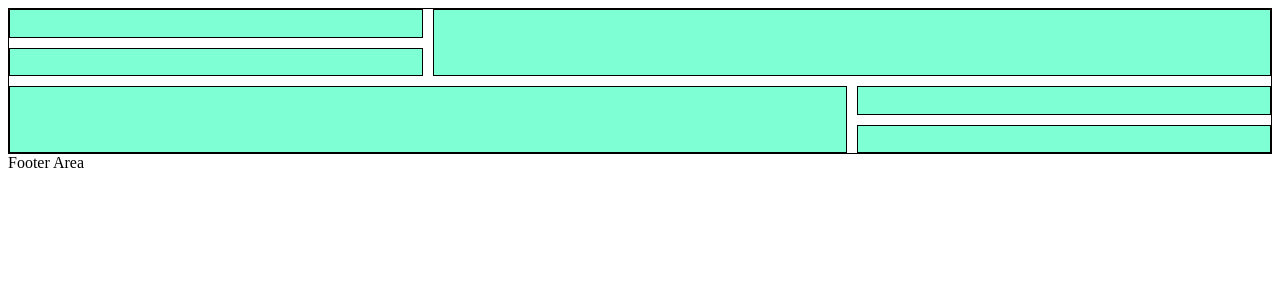
Repository: BwesewB/Brutalist-Website
Page: /
An editor plug-in stored every save of this project. The page is shown before and after the next save, followed by the edit.
The browser window is 1280 px wide. The pictures show the whole page.
The project was rebuilt for these pictures with package versions that can differ from the ones it lists, and the page was loaded fresh each time. The framework's server and built-in components were replaced by stand-ins that run in the browser. Also part of the build but not shown: next.config.mjs.

Above is the page before, as saved 2024-02-03 16:59:14.

### pages/index.js
import Head from "next/head";
import Image from "next/image";
import styles from "@/styles/Home.module.css";
import { useState } from "react";



export default function Home() {

  const[input,setInput] = useState();


  const classFilters = {
    1: 'Magician',
    2: 'Theif',
    4: 'Warrior',
    8: 'Bowman',
    16: 'Pirate',
    32: 'Nothing'
  }

const getClassStyle = flagValue => (input & flagValue) > 0 ? { backgroundColor: 'yellow'} : null;

  return (
    <>
      <Head>
        <title>Create Next App</title>
        <meta name="description" content="Generated by create next app" />
        <meta name="viewport" content="width=device-width, initial-scale=1" />
        <link rel="icon" href="/favicon.ico" />
      </Head>
      <main className={`${styles.main}`}>
      <div className={styles.titlePage}>
        <div className={styles.graphic}></div>
        <div className={styles.inputArea}></div>
      </div>
      <div className={styles.displayArea}>
        <div className={styles.posterOne}></div>
        <div className={styles.posterTwo}></div>
        <div className={styles.posterThree}></div>
        <div className={styles.posterFour}></div>
        <div className={styles.posterFive}></div>
        <div className={styles.posterSix}></div>
      </div>
      </main>
      <footer>
        Footer Area
      </footer>
    </>
  );
}

{/* <div class="inputArea">
<input
id="input"
type="text"
placeholder="bitmask decimal value"
value={input}
onChange={event => setInput(event.target.value)}
/>
</div>
<div class="posterArea" >                                                             need to change to posters
<table>
  <tbody>
    {
      Object.keys(classFilters).map(item => (
        <tr key={item} style={getClassStyle(item)}>
          <td>{item}</td>
          <td>{classFilters[item]}</td>
        </tr>
      ))
    }
  </tbody>
</table>
</div> */}

### styles/globals.css
:root{

}

### styles/Home.module.css
.main {
}

/* <div class="titlePage">
<div class="graphic"></div>
<div class="inputArea"></div>
</div>
<div class="displayArea">
<div class="posterOne"></div>
<div class="posterTwo"></div>
<div class="posterThree"></div>
<div class="posterFour"></div>
<div class="posterFive"></div>
<div class="posterSix"></div>
</div> */

.titlePage{

}
.graphic{

}
.inputArea{

}

.displayArea {
  display: grid;
  grid-template-columns: repeat(3, 1fr);
  grid-template-rows: repeat(4, 1fr);
  gap: 10px;
  border: 1px solid black;
  height:20vh;
}

.posterOne,
.posterTwo,
.posterThree,
.posterFour,
.posterFive,
.posterSix {
  background-color: aquamarine;
  border: 1px solid black;
}

.posterTwo{
  grid-column: 2/4;
  grid-row: 1/3;
}

.posterFour{
  grid-column: 1/3;
  grid-row: 3/5;
}

Loaded but not shown: pages/_app.js (common file); pages/_document.js (common file)

After the next save:
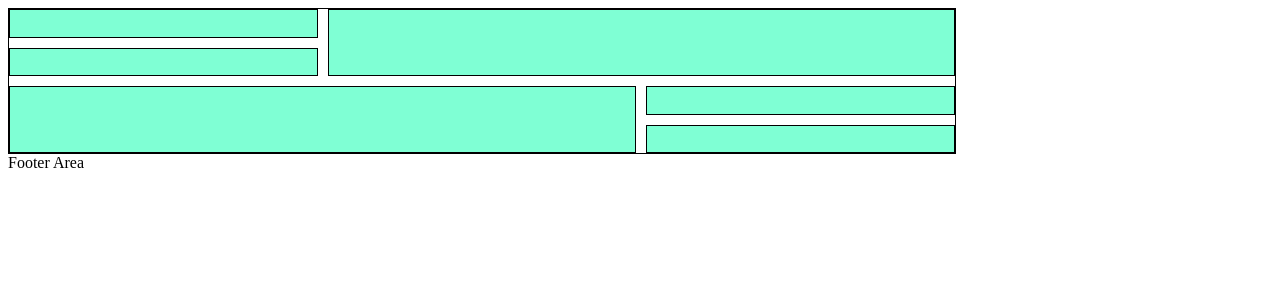
Saved 4 min 17 s later.
--- a/styles/Home.module.css
+++ b/styles/Home.module.css
@@ -1,4 +1,6 @@
 .main {
+  display:grid;
+  grid-template-columns: repeat(4, 1fr);
 }
 
 /* <div class="titlePage">
@@ -24,7 +26,9 @@
 
 }
 
+/*---------------------------------------------------------------------------------------------------------*/
 .displayArea {
+  grid-column: 1/4;
   display: grid;
   grid-template-columns: repeat(3, 1fr);
   grid-template-rows: repeat(4, 1fr);
